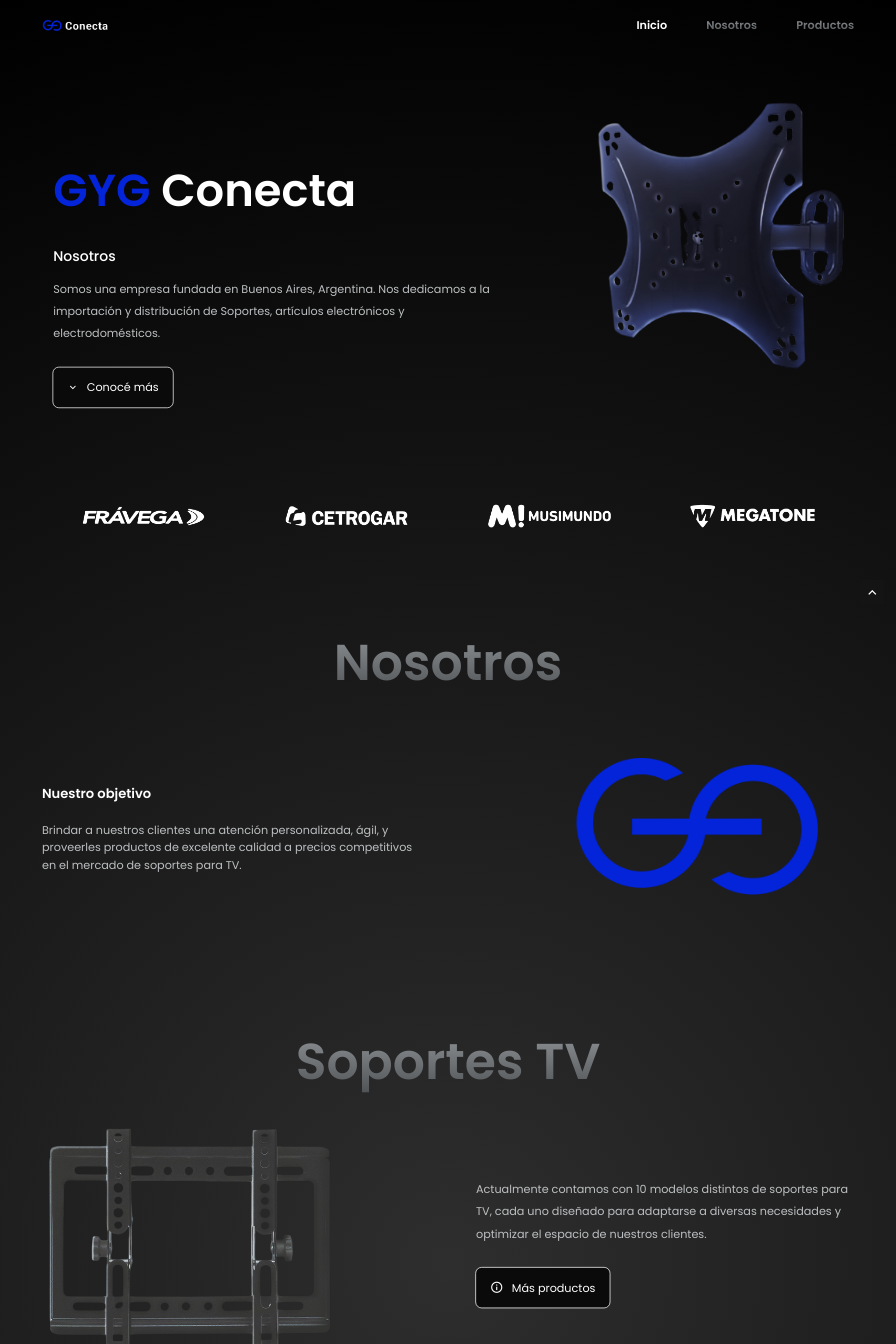
Repository: ramirocasta00/gyg
Page: index.html
These files come from the project's save history. The page is drawn as it stood at one moment and after the next save; the edit follows.
The browser window is 1280 px wide. The pictures show the part of the page from y = 0 to 1920 px (the page is 3612 px tall), at 70% of full size.

Above is the page before, as saved 2024-11-09 10:28:00.

### index.html
<!DOCTYPE html>
    <html lang="es">
    <head>
        <meta charset="UTF-8">
        <meta name="viewport" content="width=device-width, initial-scale=1.0">

        <!--=============== FAVICON ===============-->
        <link rel="shortcut icon" href="assets/img/favicon.png" type="image/x-icon">

        <!--=============== REMIX ICONS ===============-->
        <link href="https://cdn.jsdelivr.net/npm/remixicon@2.5.0/fonts/remixicon.css" rel="stylesheet">

        <!--=============== CSS ===============-->
        <link rel="stylesheet" href="assets/css/styles.css">

        <title>GYG Conecta</title>
    </head>
    <body>
        <!--=============== HEADER ===============-->
        <header class="header" id="header">
            <nav class="nav container">
                <a href="#" class="nav__logo">
                    <img src="assets/img/logo.png" alt="">
                </a>

                <div class="nav__menu" id="nav-menu">
                    <ul class="nav__list">
                        <li class="nav__item">
                            <a href="#home" class="nav__link active-link">Inicio</a>
                        </li>
                        <li class="nav__item">
                            <a href="#specs" class="nav__link">Nosotros</a>
                        </li>
                        <li class="nav__item">
                            <a href="#products" class="nav__link">Productos</a>
                        </li>
                    </ul>

                    <div class="nav__close" id="nav-close">
                        <i class="ri-close-line"></i>
                    </div>
                </div>

                <div class="nav__toggle" id="nav-toggle">
                    <i class="ri-function-line"></i>
                </div>
            </nav>

        </header>

        <main class="main">
            <!--=============== INICIO ===============-->
            <section class="home section" id="home">
                <div class="home__container container grid">
                    <div class="home__img">
                        <a href="#">
                            <img src="assets/img/home.png" alt="Home Image">
                        </a>
                    </div>
                    <div class="home__data">
                        <div class="home__header">
                            <h2 class="home__subtitle"><span style="color: #0424d9;"">GYG</span> Conecta</h2>
                        </div>

                        <div class="home__footer">
                            <h3 class="home__title-description">Nosotros</h3>
                            <p class="home__description">Somos una empresa fundada en Buenos Aires, Argentina. Nos dedicamos a
                                la importación y distribución de Soportes, artículos electrónicos y electrodomésticos.


                            </p>
                            <a href="#specs" class="button button--flex">
                                <span class="button--flex">
                                    <i class="ri-arrow-down-s-line"></i> Conocé más
                                </span>
                            </a>
                        </div>

                    </div>
                    <span class="blur"></span>
                </div>

            </section>

            <!--=============== SPONSOR ===============-->
            <section class="sponsor section">
                <div class="sponsor__container container grid">
                    <img src="assets/img/sponsor2.png" alt="" class="sponsor__img">
                    <img src="assets/img/sponsor3.png" alt="" class="sponsor__img">
                    <img src="assets/img/sponsor4.png" alt="" class="sponsor__img">
                    <img src="assets/img/sponsor5.png" alt="" class="sponsor__img">
                </div>
            </section>

            <!--=============== NOSOTROS ===============-->
            <section class="specs section grid" id="specs">
                <h2 class="section__title section__title-gradient">Nosotros</h2>

                <div class="specs__container container grid">
                    <div class="specs__content grid">
                        <p class="specs__description"><h3>Nuestro objetivo</h3>
                            <br>
                            Brindar a nuestros clientes una atención
                            personalizada, ágil, y proveerles productos de excelente calidad a precios competitivos
                            en el mercado de soportes para TV.

                        </p>
                    </div>
                    <div>
                        <img src="assets/img/logo_nosotros.png" alt="" class="specs__img">
                    </div>
                </div>
            </section>

            <!--=============== CASE ===============-->
            <section class="case section grid" id="case">
                <h2 class="section__title section__title-gradient">Soportes TV</h2>

                <div class="case__container container grid">
                    <div>
                        <img src="assets/img/Soporte_1.png" alt="" class="case__img">
                    </div>

                    <div class="case__data">
                        <p class="case__description">Actualmente contamos con 10 modelos distintos de soportes para TV, cada uno diseñado para adaptarse
                            a diversas necesidades y optimizar el espacio de nuestros clientes.
                        </p>
                        <a href="#products" class="button button--flex">
                            <i class="ri-information-line button__icon"></i> Más productos
                        </a>
                    </div>
                </div>
            </section>

            <!--=============== DISCOUNT ===============-->
            <section class="discount section">
                <div class="discount__container container grid">
                    <div class="discount__animate">
                        <h2 class="discount__title"><br>Colaboradores</h2>
                        <p class="discount__description">Hacé click y visitá la página</p>
                        <a href="https://www.electropremiumhome.com.ar/" target="_blank" class="button button--flex">
                            <i class="ri-links-line"></i> Conocé más
                        </a>
                    </div>

                    <img src="assets/img/logo_pagina_amiga.png" alt="" class="discount__img">
                </div>
            </section>

            <!--=============== PRODUCTS ===============-->
            <section class="products section" id="products">
                <h2 class="section__title section__title-gradient products__line">
                    GYG <br> Productos
                </h2>

                <div class="products__container container grid">
                    <article class="products__card">
                        <div class="products__content">
                            <img src="assets/img/producto_1.png" alt="" class="products__img">

                            <h3 class="products__title">LT-B210</h3>

                            </button>
                        </div>
                    </article>
                    <article class="products__card">
                        <div class="products__content">
                            <img src="assets/img/producto_2.png" alt="" class="products__img">

                            <h3 class="products__title">LT-B220</h3>

                            </button>
                        </div>
                    </article>
                    <article class="products__card">
                        <div class="products__content">
                            <img src="assets/img/producto_3.png" alt="" class="products__img">

                            <h3 class="products__title">LT-B230</h3>

                            </button>
                        </div>
                    </article>
                    <article class="products__card">
                        <div class="products__content">
                            <img src="assets/img/producto_4.png" alt="" class="products__img">

                            <h3 class="products__title">LT-F110</h3>

                            </button>
                        </div>
                    </article>

                    <article class="products__card">
                        <div class="products__content">
                            <img src="assets/img/producto_5.png" alt="" class="products__img">

                            <h3 class="products__title">LT-F120</h3>

                            </button>
                        </div>
                    </article>

                    <article class="products__card">
                        <div class="products__content">
                            <img src="assets/img/producto_6.png" alt="" class="products__img">

                            <h3 class="products__title">LT-F130</h3>

                            </button>
                        </div>
                    </article>

                    <article class="products__card">
                        <div class="products__content">
                            <img src="assets/img/producto_7.png" alt="" class="products__img">

                            <h3 class="products__title">LT-M310</h3>

                            </button>
                        </div>
                    </article>

                    <article class="products__card">
                        <div class="products__content">
                            <img src="assets/img/producto_8.png" alt="" class="products__img">

                            <h3 class="products__title">LT-M320</h3>

                            </button>
                        </div>
                    </article>

                    <article class="products__card">
                        <div class="products__content">
                            <img src="assets/img/producto_9.png" alt="" class="products__img">

                            <h3 class="products__title">LT-M330</h3>

                            </button>
                        </div>
                    </article>

                    <article class="products__card">
                        <div class="products__content">
                            <img src="assets/img/producto_10.png" alt="" class="products__img">

                            <h3 class="products__title">LT-M340</h3>

                            </button>
                        </div>
                    </article>

                </div>
            </section>
        </main>

        <!--=============== FOOTER ===============-->
        <footer class="footer section">
            <div class="footer__container container grid">
                <a href="#" class="footer__logo">
                    <img src="assets/img/logo.png" alt="">
                </a>

                <div class="footer__content">
                    <h3 class="footer__title">Contacto</h3>

                    <ul class="footer__links">
                        <li>
                            <a href="mailto:ventas@gygconecta.com" class="footer__link">Contacto ventas</a>
                        </li>
                        <li>
                            <a href="mailto:manuel@gygconecta.com" class="footer__link">Contacto consultas</a>
                        </li>
                    </ul>
                </div>

                <div class="footer__content">
                    <form action="" class="footer__form">
                        <input type="email" placeholder="Email" class="footer__input">
                        <button class="button button--flex">
                            <i class="ri-send-plane-line button__icon"></i> Subscribe
                        </button>
                    </form>

                </div>
            </div>

        </footer>

        <!--=============== SCROLL UP ===============-->
        <a href="#" class="scrollup" id="scroll-up">
            <i class="ri-arrow-up-s-line scrollup__icon"></i>
        </a>

        <!--=============== SCROLL REVEAL ===============-->
        <script src="https://unpkg.com/scrollreveal"></script>

        <!--=============== MAIN JS ===============-->
        <script src="assets/js/main.js"></script>
    </body>
</html>

Loaded but not shown: assets/js/main.js (94 lines, source omitted); assets/css/styles.css (923 lines, source omitted)

After the next save:
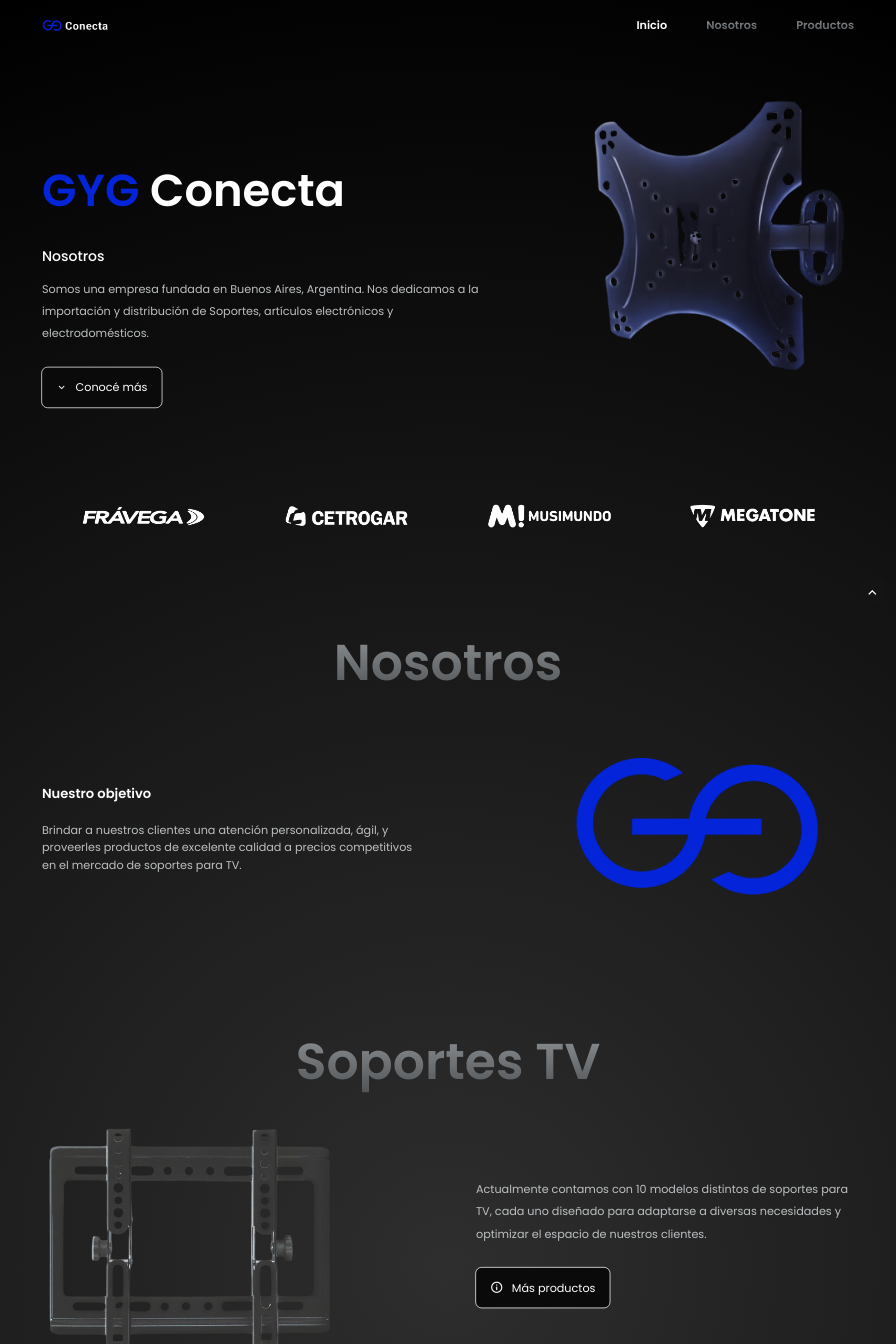
Saved 85 s later.
--- a/index.html
+++ b/index.html
@@ -76,10 +76,6 @@
                             </a>
                         </div>
 
-                    </div>
-                    <span class="blur"></span>
-                </div>
-
             </section>
 
             <!--=============== SPONSOR ===============-->
